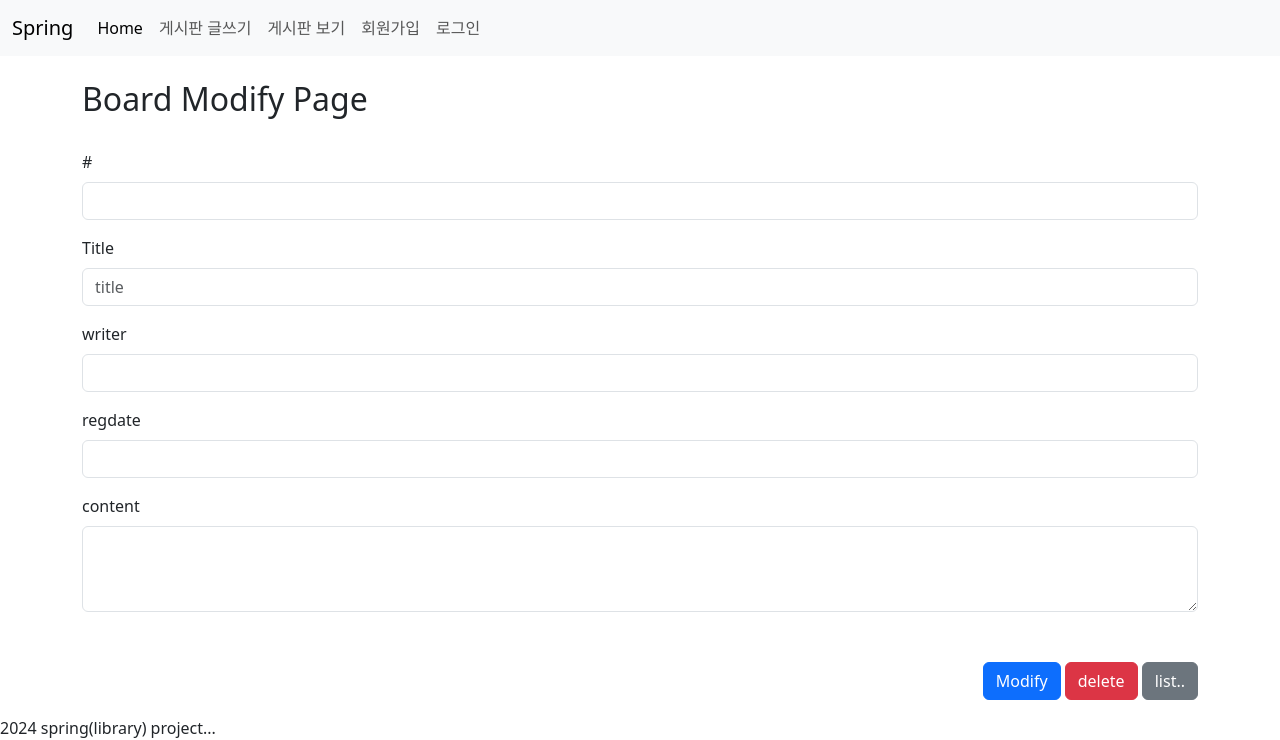
Repository: budflower44/Spring
Page: http://localhost/spring_test2/WEB-INF/views/board/modify.jsp
The author's editor kept a copy of each file at every save. The page is drawn from the files as they stood at one save, then again after the next save.
The browser window is 1280 px wide. The pictures show the whole page.
The page is served by Tomcat 9. Nobody is signed in. The template is opened directly, without the code that normally fills it, so the values that code supplies are empty.

Above is the page before, as saved 2024-01-11 03:49:18.
Console error: TypeError: Cannot read properties of null (reading 'addEventListener')

After the next save:
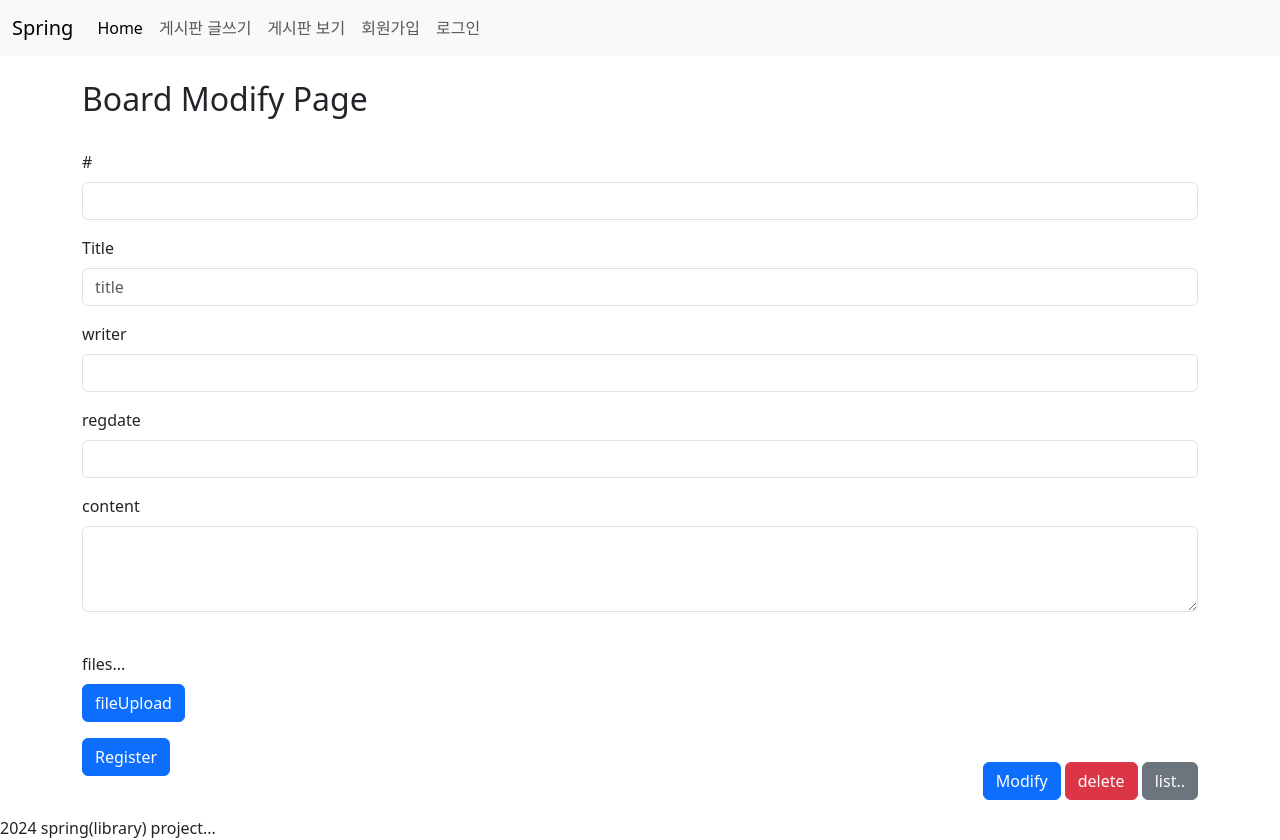
Saved 3 min 51 s later.
--- a/spring_test2/src/main/webapp/WEB-INF/views/board/modify.jsp
+++ b/spring_test2/src/main/webapp/WEB-INF/views/board/modify.jsp
@@ -64,7 +64,19 @@
 				</c:forEach>
   			</ul>
   		</div>
+		<!-- file 입력 라인 추가 -->
+ 		<div class="mb-3">
+			<label for="file" class="form-label">files...</label>
+			<br>
+			<input type="file" name="files" class="form-control" id="files" multiple="multiple" style="display : none">
+			<!-- 파일 버튼 트리거 사용하기 위해서 주는 버튼 -->
+			<button type="button" class="btn btn-primary" id="trigger">fileUpload</button>
+		</div>
+		<!-- 파일 목록 표시라인 -->
+		<div class="mb-3" id="fileZone">
+		</div>
 
+		<button type="submit" class="btn btn-primary" id="regBtn" >Register</button>
 
 			<!-- 파일 표시 라인 -->
 <%-- 	<c:set value="${boardDTO.flist }" var="flist" />
